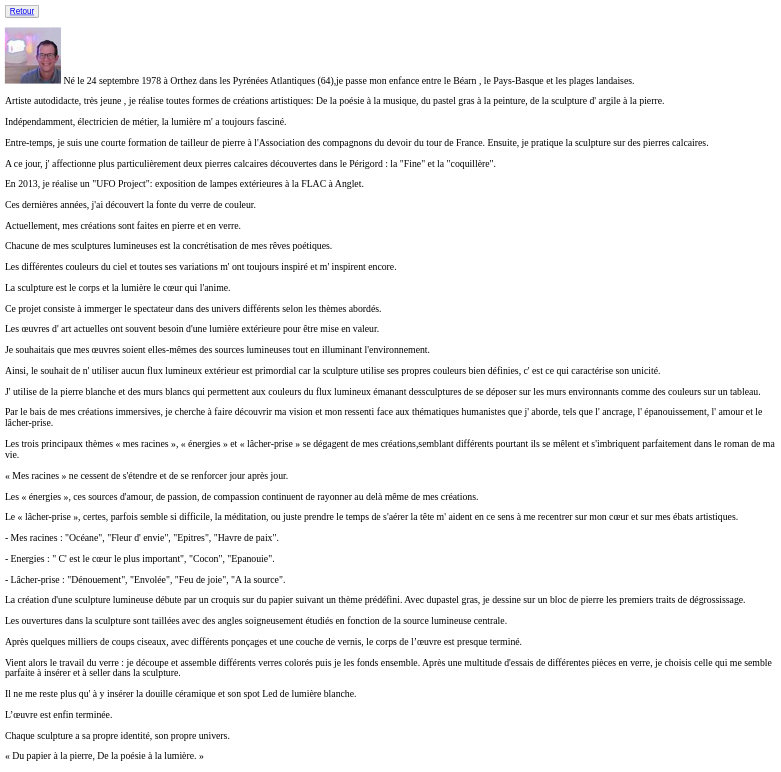
Repository: lysianebo/EricBidart
Page: presentation_more.html
An editor plug-in stored every save of this project. The page is shown before and after the next save, followed by the edit.
The browser window is 1280 px wide. The pictures show the whole page, at 61% of full size.

Above is the page before, as saved 2023-10-29 07:55:16.

After the next save:
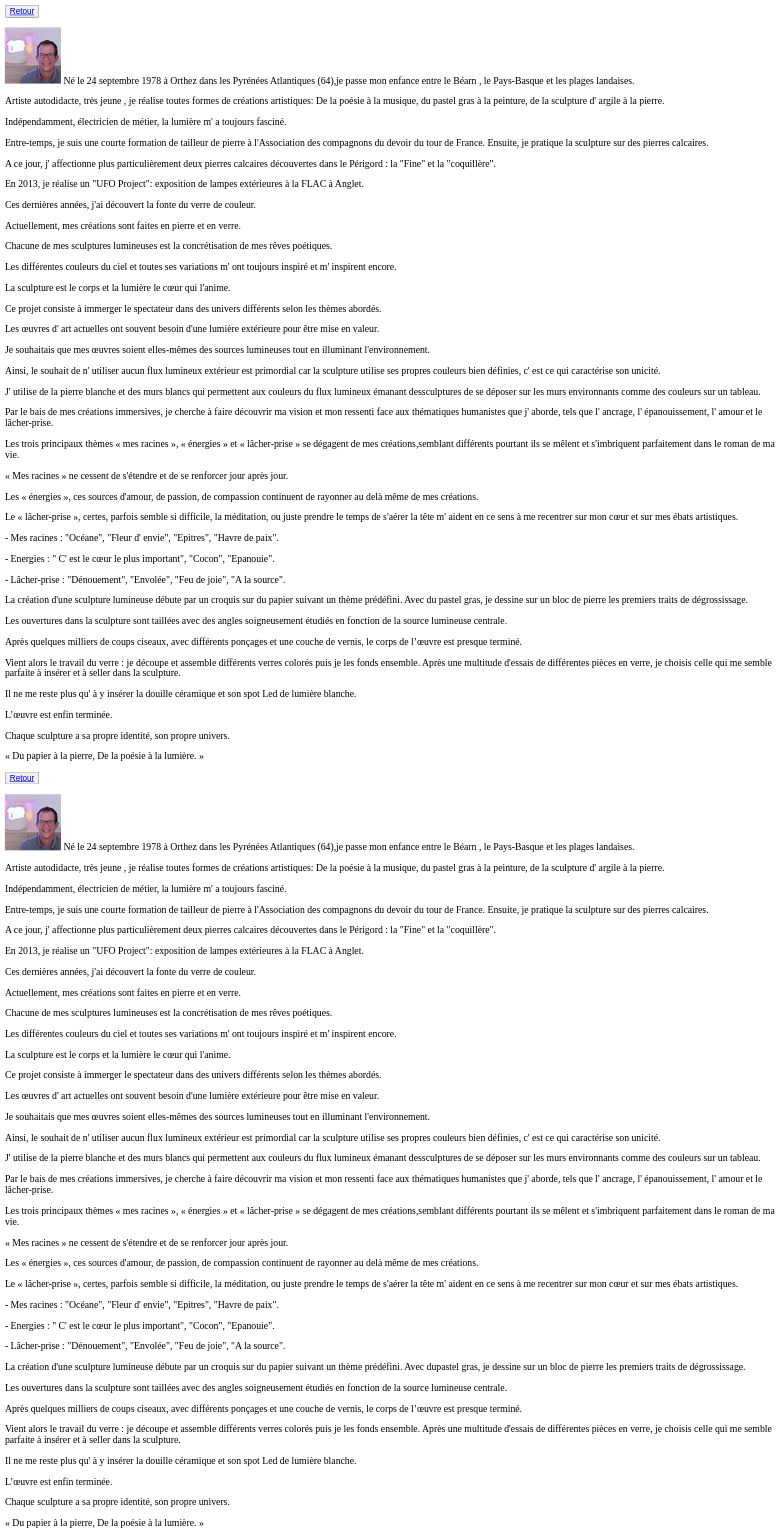
Saved 17 s later.
--- a/presentation_more.html
+++ b/presentation_more.html
@@ -1,3 +1,63 @@
+<!DOCTYPE html>
+<html lang="en">
+<head>
+    <meta charset="UTF-8">
+    <meta name="viewport" content="width=device-width, initial-scale=1.0">
+    <title>Document</title>
+    <link rel="stylesheet" href="public/css/style.css">
+</head>
+<body>
+    <button class="back-button"><a href="presentation.html">Retour</a></button>
+    <div class="hidden" id="presentation-content">
+        <p class="text"><img src="public/images/happy_moi.jpeg" alt=""> Né le 24 septembre 1978 à Orthez dans les Pyrénées Atlantiques (64),je passe mon enfance entre le Béarn , le Pays-Basque et les plages landaises.</p>
+        <p> Artiste autodidacte, très jeune , je réalise toutes formes de créations artistiques: De la poésie à la musique, du pastel gras à la peinture, de la sculpture d' argile à la pierre.</p>
+        <p> Indépendamment, électricien de métier, la lumière m' a toujours fasciné.</p>
+        <p> Entre-temps, je suis une courte formation de tailleur de pierre à l'Association des compagnons du devoir du
+            tour de France. Ensuite, je pratique la sculpture sur des pierres calcaires.</p>
+        <p> A ce jour, j' affectionne plus particulièrement deux pierres calcaires découvertes dans le Périgord : la
+            "Fine" et la "coquillère".</p>
+        <p> En 2013, je réalise un "UFO Project": exposition de lampes extérieures à la FLAC à Anglet.</p>
+        <p> Ces dernières années, j'ai découvert la fonte du verre de couleur.</p>
+        <p> Actuellement, mes créations sont faites en pierre et en verre.</p>
+        <p>Chacune de mes sculptures lumineuses est la concrétisation de mes rêves poétiques.</p>
+    </div>
+    <div class="hidden" id="demarche-content">
+        <p>Les différentes couleurs du ciel et toutes ses variations m' ont toujours inspiré et m' inspirent encore.
+        <p>La sculpture est le corps et la lumière le cœur qui l'anime.</p>
+        Ce projet consiste à immerger le spectateur dans des univers différents selon les thèmes abordés.
+        <p>Les œuvres d' art actuelles ont souvent besoin d'une lumière extérieure pour être mise en valeur.</p>
+        <p>Je souhaitais que mes œuvres soient elles-mêmes des sources lumineuses tout en illuminant l'environnement.</p>
+        <p>Ainsi, le souhait de n' utiliser aucun flux lumineux extérieur est primordial car la sculpture utilise ses propres couleurs bien définies, c' est ce qui caractérise son unicité.</p>
+        <p>J' utilise de la pierre blanche et des murs blancs qui permettent aux couleurs du flux lumineux émanant dessculptures de se déposer sur les murs environnants comme des couleurs sur un tableau.</p>
+        <p>Par le bais de mes créations immersives, je cherche à faire découvrir ma vision et mon ressenti face aux thématiques humanistes que j' aborde, tels que l' ancrage, l' épanouissement, l' amour et le lâcher-prise.</p>
+        <p>Les trois principaux thèmes « mes racines », « énergies » et « lâcher-prise » se dégagent de mes créations,semblant différents pourtant ils se mêlent et s'imbriquent parfaitement dans le roman de ma vie.</p>
+        <p>« Mes racines » ne cessent de s'étendre et de se renforcer jour après jour.</p>
+        <p>Les « énergies », ces sources d'amour, de passion, de compassion continuent de rayonner au delà même de mes créations.</p>
+        <p>Le « lâcher-prise », certes, parfois semble si difficile, la méditation, ou juste prendre le temps de s'aérer la tête m' aident en ce sens à me recentrer sur mon cœur et sur mes ébats artistiques.</p>
+        <p>- Mes racines : "Océane", "Fleur d' envie", "Epitres", "Havre de paix".</p>
+        <p>- Energies : " C' est le cœur le plus important", "Cocon", "Epanouie".</p>
+        <p>- Lâcher-prise : "Dénouement", "Envolée", "Feu de joie", "A la source".</p>
+    </div>
+    <div class="hidden" id="technique-content">
+        <p>La création d'une sculpture lumineuse débute par un croquis sur du papier suivant un thème prédéfini. Avec du pastel gras, je dessine sur un bloc de pierre les premiers traits de dégrossissage. </p>
+        <p>Les ouvertures dans la sculpture sont taillées avec des angles soigneusement étudiés en fonction de la source
+            lumineuse centrale.</p>
+        <p>Après quelques milliers de coups ciseaux, avec différents ponçages et une couche de vernis,
+            le corps de l’œuvre est presque terminé.</p>
+        <p> Vient alors le travail du verre : je découpe et assemble différents verres colorés puis je les fonds ensemble.
+            Après une multitude d'essais de différentes pièces en verre, je choisis celle qui me semble parfaite à insérer
+            et à seller dans la sculpture.</p>
+        <p>Il ne me reste plus qu' à y insérer la douille céramique et son spot Led de lumière blanche.</p>
+        <p> L’œuvre est enfin terminée.</p>
+
+        <p> Chaque sculpture a sa propre identité, son propre univers.</p>
+
+        <p> « Du papier à la pierre, De la poésie à la lumière. »</p>
+    </div>
+
+    </div>
+</body>
+</html>
 <!DOCTYPE html>
 <html lang="en">
 <head>
